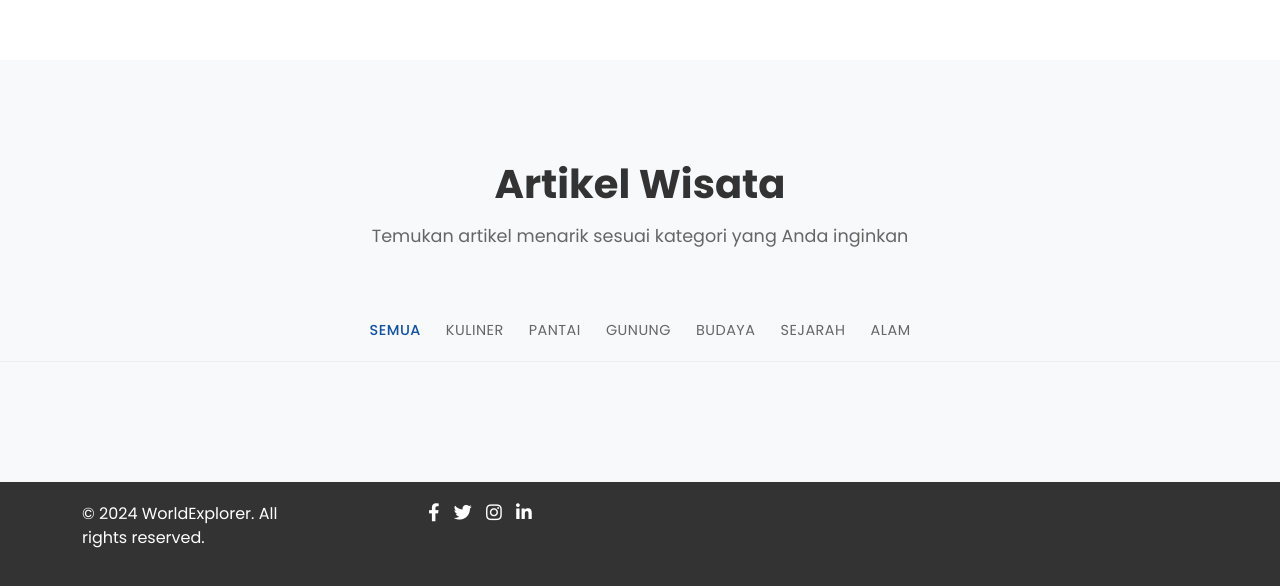
Repository: jalssonn/UAS_FRONTEND_NEW
Page: frontend/index.html
The author's editor kept a copy of each file at every save. The page is drawn from the files as they stood at one save, then again after the next save.
The browser window is 1280 px wide. The pictures show the part of the page from y = 3750 to 4352 px (the page is 4336 px tall before and 4352 px after).
A picture or video elsewhere on the page could not be fetched, so the positions and the page height are approximate. The page's requests for data from a server got no answer.

Above is the page before, as saved 2024-12-06 03:58:59.

### frontend/index.html
<!DOCTYPE html>
<html ng-app="articleApp">
<head>
    <title>WorldExplorer</title>
    <!-- Fonts -->
    <link href="https://fonts.googleapis.com/css2?family=Poppins:wght@400;500;600;700&display=swap" rel="stylesheet">

    <!-- Dependencies -->
    <script src="https://ajax.googleapis.com/ajax/libs/angularjs/1.8.2/angular.min.js"></script>
    <link href="https://cdn.jsdelivr.net/npm/bootstrap@5.1.3/dist/css/bootstrap.min.css" rel="stylesheet">
    <link rel="stylesheet" href="https://cdnjs.cloudflare.com/ajax/libs/font-awesome/5.15.4/css/all.min.css">

    <!-- Custom CSS -->
    <link rel="stylesheet" href="styles/main.css">
</head>
<body>
    <div ng-controller="ArticleController">
        <!-- Navbar -->
        <nav class="navbar navbar-expand-lg">
            <div class="container">
                <a class="navbar-brand" href="#">
                    <i class="fas fa-globe-asia me-2"></i>WorldExplorer
                </a>
                <div class="d-flex align-items-center">
                    <div ng-if="isLoggedIn()">
                        <a href="profile.html" class="btn btn-light me-2">
                            <i class="fas fa-user"></i> {{user.username}}
                        </a>
                        <a href="/admin/dashboard.html" class="btn btn-primary me-2" ng-if="user.role === 'admin'">
                            Admin Dashboard
                        </a>
                        <button class="btn btn-outline-light" ng-click="logout()">Logout</button>
                    </div>
                    <div ng-if="!isLoggedIn()">
                        <a href="login.html" class="btn btn-outline-light me-2">Login</a>
                        <a href="register.html" class="btn btn-light">Register</a>
                    </div>
                </div>
            </div>
        </nav>

        <!-- Hero Section with Carousel Background -->
        <div class="hero-section">
            <div class="carousel-background"
                 ng-repeat="image in backgroundImages"
                 ng-style="{'background-image': 'url(' + image + ')'}"
                 ng-class="{'active': $index === currentBackgroundIndex, 'prev': $index === prevBackgroundIndex}">
                <div class="overlay"></div>
            </div>

            <div class="hero-content">
                <h1>WorldExplorer</h1>
                <p>Temukan destinasi wisata impian Anda dari berbagai penjuru dunia</p>

                <!-- Search Box -->
                <div class="search-container">
                    <form ng-submit="searchArticles()" class="search-form">
                        <div class="search-wrapper">
                            <input type="text"
                                   ng-model="searchQuery"
                                   placeholder="Cari destinasi wisata impian Anda..."
                                   class="search-input"
                                   required>
                            <button type="submit" class="search-button">
                                <i class="fas fa-search"></i>
                            </button>
                        </div>
                    </form>
                </div>
            </div>
        </div>

        <!-- Why WorldExplorer Section -->
        <div class="why-aviatour-section">
            <h2 class="section-title">Why WorldExplorer</h2>

            <div class="features-container">
                <div class="feature-item">
                    <div class="feature-content">
                        <h3>Penyedia Perjalanan Terbaik</h3>
                        <p>Kami berkomitmen menjadikan setiap liburan Anda penuh cerita berharga...</p>
                    </div>
                    <div class="feature-image">
                        <img src="images/feature-1.jpg" alt="Penyedia Perjalanan Terbaik">
                    </div>
                </div>

                <div class="feature-item reverse">
                    <div class="feature-content">
                        <h3>Layanan Agen Berpengalaman</h3>
                        <p>Dengan jam terbang yang tinggi, tim kami siap memberikan solusi terbaik...</p>
                    </div>
                    <div class="feature-image">
                        <img src="images/feature-2.jpg" alt="Layanan Agen Berpengalaman">
                    </div>
                </div>

                <div class="feature-item">
                    <div class="feature-content">
                        <h3>Pelayanan Premium dan Personal</h3>
                        <p>Rasakan perbedaan dengan pelayanan terbaik dan personal yang kami tawarkan...</p>
                    </div>
                    <div class="feature-image">
                        <img src="images/feature-3.jpg" alt="Pelayanan Premium">
                    </div>
                </div>

                <div class="feature-item reverse">
                    <div class="feature-content">
                        <h3>Nikmati Liburan Tanpa Beban</h3>
                        <p>Rasakan kebebasan sejati saat berlibur! Dengan pelayanan menyeluruh di setiap aspek...</p>
                    </div>
                    <div class="feature-image">
                        <img src="images/feature-4.jpg" alt="Liburan Tanpa Beban">
                    </div>
                </div>
            </div>
        </div>

        <!-- Loading State -->
        <div ng-if="loading" class="loading-spinner">
            <i class="fas fa-spinner fa-spin fa-2x"></i>
            <p>Memuat artikel...</p>
        </div>

        <!-- Error Message -->
        <div ng-if="error" class="alert alert-danger">
            <i class="fas fa-exclamation-circle me-2"></i>{{error}}
        </div>

        <!-- Travel Tips Section -->
        <div class="travel-tips-section">
            <div class="section-header">
                <h2>Travel Tips</h2>
                <p>Kiat-kiat perjalanan untuk pengalaman wisata yang lebih baik</p>
            </div>

            <button class="travel-nav-btn prev" ng-click="prevTip()">
                <i class="fas fa-chevron-left"></i>
            </button>
            <button class="travel-nav-btn next" ng-click="nextTip()">
                <i class="fas fa-chevron-right"></i>
            </button>

            <div class="travel-tips-container">
                <div class="tip-card" ng-repeat="tip in travelTips">
                    <img ng-src="{{tip.image}}" alt="{{tip.title}}">
                    <div class="tip-content">
                        <h3 class="tip-title">{{tip.title}}</h3>
                        <a href="{{tip.link}}" class="tip-link">
                            SEE MORE <i class="fas fa-arrow-right"></i>
                        </a>
                    </div>
                </div>
            </div>
        </div>

        <!-- Filter Section -->
        <div class="filter-title-section">
            <h2>Artikel Wisata</h2>
            <p>Temukan artikel menarik sesuai kategori yang Anda inginkan</p>
        </div>

        <div class="filter-section">
            <div class="category-list">
                <button class="category-btn"
                        ng-class="{'active': filter.category === ''}"
                        ng-click="filterByCategory('')">
                    Semua
                </button>
                <button class="category-btn"
                        ng-repeat="category in categories"
                        ng-class="{'active': filter.category === category}"
                        ng-click="filterByCategory(category)">
                    {{category}}
                </button>
            </div>
        </div>

        <!-- Articles List -->
        <div class="article-container">
            <div class="article-card" ng-repeat="article in articles">
                <img ng-src="{{article.image}}" alt="{{article.title}}" class="article-image">
                <div class="article-content">
                    <h3 class="article-title">{{article.title}}</h3>
                    <p class="article-description">{{article.content | truncate:100}}</p>
                    <div class="article-meta">
                        <span class="category">
                            <i class="fas fa-tag"></i> {{article.category}}
                        </span>
                        <span class="country">
                            <i class="fas fa-globe"></i> {{article.country}}
                        </span>
                    </div>
                    <button class="read-more-btn" ng-click="readMore(article)">
                        Baca Selengkapnya
                    </button>
                </div>
            </div>
        </div>

        <!-- View More Articles -->
        <div class="view-more-container" ng-if="articles.length > 0">
            <button class="view-more-btn" ng-click="viewAllArticles()">
                View More Articles <i class="fas fa-arrow-right"></i>
            </button>
        </div>

        <!-- Footer Section -->
        <footer class="footer">
            <div class="container">
                <div class="row">
                    <div class="col-md-6">
                        <p>&copy; 2024 WorldExplorer. All rights reserved.</p>
                    </div>
                    <div class="col-md-6 text-md-end">
                        <ul class="social-links">
                            <li><a href="#" class="fab fa-facebook-f"></a></li>
                            <li><a href="#" class="fab fa-twitter"></a></li>
                            <li><a href="#" class="fab fa-instagram"></a></li>
                            <li><a href="#" class="fab fa-linkedin-in"></a></li>
                        </ul>
                    </div>
                </div>
            </div>
        </footer>

    </div>

    <script src="script.js"></script>
</body>
</html>

Loaded but not shown: frontend/script.js (216 lines, source omitted); frontend/styles/main.css (907 lines, source omitted)

After the next save:
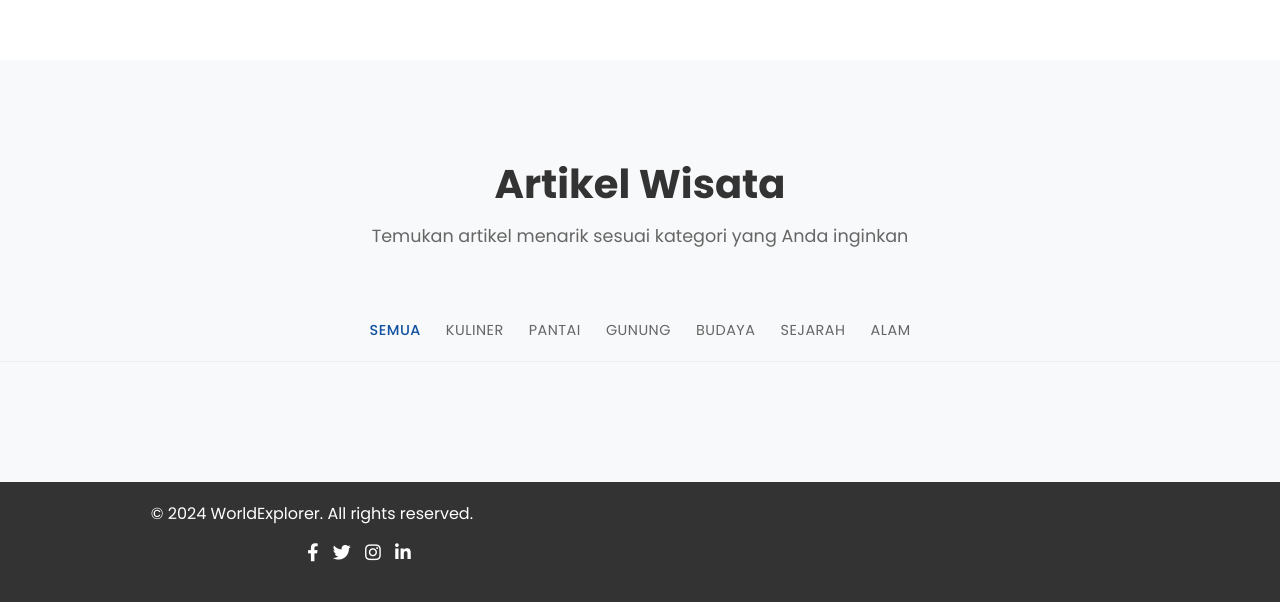
Saved 72 s later.
--- a/frontend/index.html
+++ b/frontend/index.html
@@ -209,8 +209,8 @@
         <!-- Footer Section -->
         <footer class="footer">
             <div class="container">
-                <div class="row">
-                    <div class="col-md-6">
+                <div class="row justify-content-center">
+                    <div class="col-auto text-center">
                         <p>&copy; 2024 WorldExplorer. All rights reserved.</p>
                     </div>
                     <div class="col-md-6 text-md-end">
